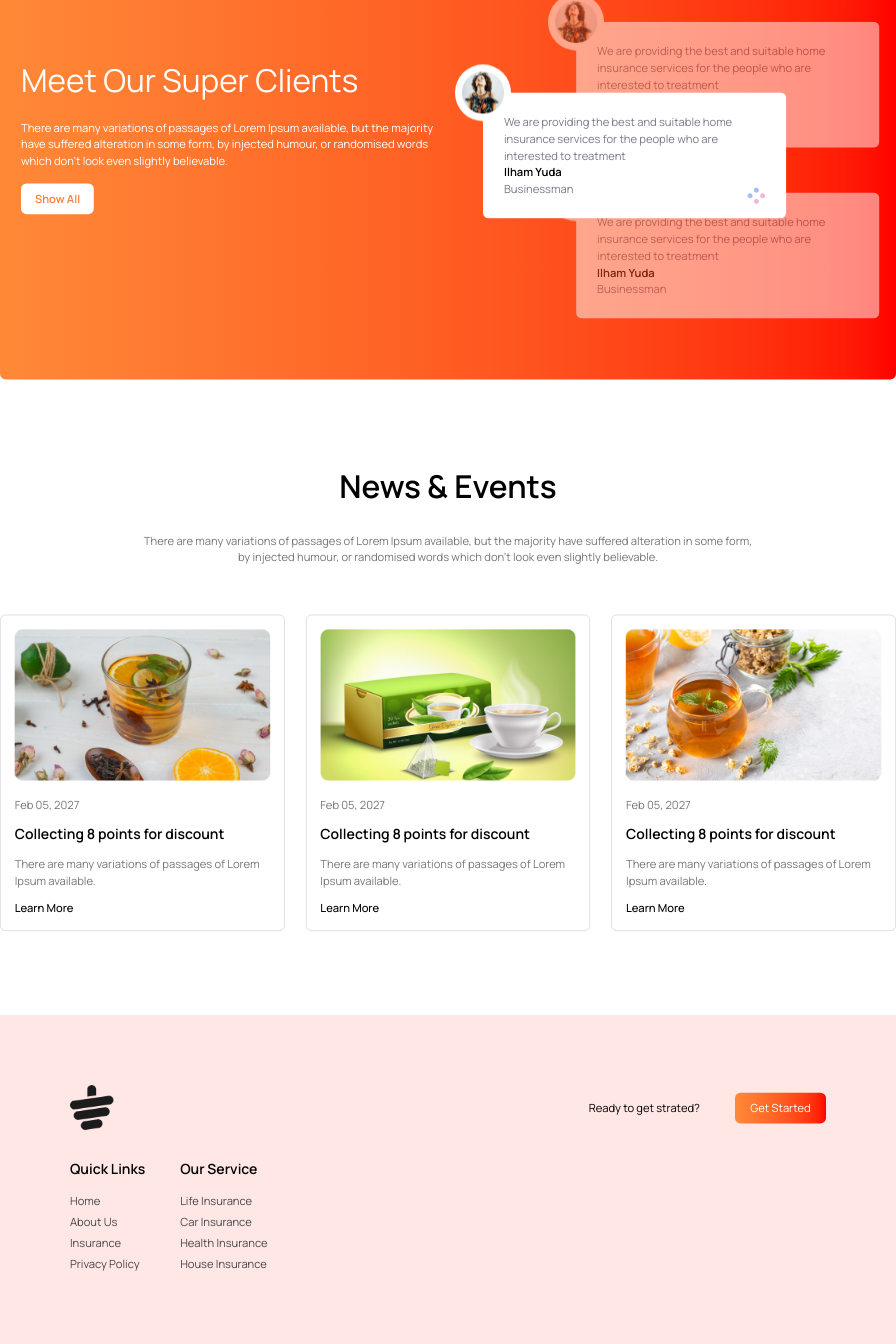
Repository: nahid-hasann/website-9
Page: index.html
These files come from the project's save history. The page is drawn as it stood at one moment and after the next save; the edit follows.
The browser window is 1280 px wide. The pictures show the part of the page from y = 2160 to 4080 px (the page is 4080 px tall), at 70% of full size.
Some web libraries are served in a nearby version.

Above is the page before, as saved 2025-08-17 21:35:03.

### index.html
<!DOCTYPE html>
<html lang="en">
<head>
    <meta charset="UTF-8">
    <meta name="viewport" content="width=device-width, initial-scale=1.0">
    <title>Tea House</title>
    <script src="https://cdn.jsdelivr.net/npm/@tailwindcss/browser@4"></script>
    <link rel="stylesheet" href="style.css">
    <link rel="stylesheet" href="https://cdnjs.cloudflare.com/ajax/libs/font-awesome/7.0.0/css/all.min.css" integrity="sha512-DxV+EoADOkOygM4IR9yXP8Sb2qwgidEmeqAEmDKIOfPRQZOWbXCzLC6vjbZyy0vPisbH2SyW27+ddLVCN+OMzQ==" crossorigin="anonymous" referrerpolicy="no-referrer" />

</head>
<body class="manrope-font">

<section class="banner-main-section max-w-[1300px]  flex flex-col md:flex-row  mx-auto  justify-between items-center">
    <div class="left-div">
        <h1 class="md:text-[80px] font-semibold text-[40px]">It's good <br> tea time at The <br> Tea House</h1>
        <p class="text-[18px] text-[#777777]">Tea and Botanical Solutions Supplier Give Optimum <br> Satisfaction To Your Taste Buds.</p>
        <button class="bg-[#ff2710] text-[#fff3f1] btn-1 bg-gradient-to-r from-[#FF8938] to-[#FF0000]">Explor More <i class="fa-solid fa-arrow-right -rotate-45"></i> </button>
    </div>
    <div class="right-div relative">
        <img src="images/banner.png" alt="">
        <div class="ratting bg-[#ffffff] shadow-2xl flex gap-2 items-center w-[230px] justify-center py-[15px] absolute bottom-[25px] left-[110px] rounded-[8px]">
              <div>
                <i class="fa-solid fa-star text-yellow-500 text-[23px]"></i>
              </div>
              <div>
                <h1 class="font-bold text-[23px]">5.00</h1>
                <p class="text-[#777777]">Trust Pilot Ratings</p>
              </div>
        </div>
    </div>
</section>

<section class="featured-section max-w-[1300px]  mx-auto my-[120px]">
     <div class="futured-text">
         <h1 class="md:text-[45px] text-[30px] font-semibold text-center">Our Featured Products</h1>
         <p class="text-[16px] text-[#777777] text-center my-[20px] md:w-[900px] mx-auto">There are many variations of passages of Lorem Ipsum available, but the majority have suffered alteration in some form, by injected humour, or randomised words which don't look even slightly believable. </p>
     </div>
     <div class="product-card flex flex-col md:flex-row gap-[30px] justify-center items-center ">
        <div class="card">
             <img src="images/tea-1.png" alt="">
             <h1>Milk Tea</h1>
             <p>Creamer could be replaced by fresh milk</p>
        </div>
        <div class="card">
             <img src="images/tea-2.png" alt="">
             <h1>Black Tea</h1>
             <p>Creamer could be replaced by fresh milk</p>
        </div>
        <div class="card">
             <img src="images/tea-3.png" alt="">
             <h1>Lemon Tea</h1>
             <p>Creamer could be replaced by fresh milk</p>
        </div>
        <div class="card">
             <img src="images/tea-4.png" alt="">
             <h1>Green Tea</h1>
             <p>Creamer could be replaced by fresh milk</p>
        </div>
     </div>
</section>

<section class="great-tea-section max-w-[1300px] mx-auto mb-[120px]">
    <div class="great-tea-main-section flex flex-col justify-center items-center md:flex-row gap-[50px]">
        <div class="div-left grid grid-cols-1 md:grid-cols-2  grid-rows-3 gap-[50px] max-w-[50%] ">
             <div class="grid-layout  bg-gradient-to-r from-[#ffe7e6] to-[#fff3eb] rounded-lg"></div>
             <div class="grid-layout row-span-2 bg-[#eef1eb] p-5 flex justify-center items-center rounded-lg">
                <img src="images/fresh-2.png" alt=""></div>
             <div class="grid-layout row-span-2 bg-[#fcf6e9] p-5 flex justify-center items-center rounded-lg" >
                <img src="images/fresh-1.png" alt=""></div>
             <div class="grid-layout bg-gradient-to-r from-[#D9D9D9] to-[#FFFFFF] rounded-lg"></div>
        </div>
        <div class="div-right max-w-[50%]">
           <h1 class="text-[45px] font-semibold text-center md:text-left">Great Tea, Freshly <br> Presented</h1>
           <p class="text-[16px] text-[#777777] my-[17px] text-center md:text-left">The meaning of gong cha is chanese is to provide the best tea to emperor from all possessions . It represents the highest quality and self expectation. Establishing in 2006, Gong cha had been deeply appreciated by its custoers  because of good words of mouth and unique customized service orginated from Taiwan.</p>
           <h4 class="text-[20px ] font-semibold mb-[14px] text-center md:text-left">Unique Taste</h4>
           <p class="mb-[17px] text-[#777777] text-center md:text-left">A Unique and different style from other teapots gives a <br> luxurious and minimalist impression</p>
           <h4 class="text-[20px ] font-semibold mb-[14px] text-center md:text-left">Premium Quality</h4>
           <p class="text-[#777777] text-center md:text-left">Premium Quality that makes tea more elegant and more <br> durable when you use it.</p>
        </div>
    </div>
</section>

<section class="review-section max-w-[1300px] bg-gradient-to-r from-[#FF8938] to-[#FF0000] mx-auto p-[30px] rounded-lg mb-[120px]  md:max-h-[650px] h-[1000px]">
     <div class="review-section-main-div grid grid-cols-1 md:grid-cols-2 ">
        <div class="left-review-text md:my-[160px] my-[20px]">
         <h1 class=" text-[45px] text-white md:text-left text-center">Meet Our Super Clients</h1>
         <p class="text-[16px] text-white my-[30px] md:my-[20px] md:text-left text-center">There are many variations of passages of Lorem Ipsum available, but the majority have suffered alteration in some form, by injected humour, or randomised words which don't look even slightly believable. </p>
         <button class="btn-2 bg-white text-[#ff7d33] py-[10px] px-[20px] rounded-lg font-semibold md:ml-0 ml-[155px]"> Show All </button>
        </div>
        <div class="right-review-card relative grid items-center justify-center">
            <div class="review-card bg-white p-[30px] top-[210px]  left-[50px] md:max-w-[433px]  w-[70vw] absolute grid justify-center items-center rounded-lg z-999">
                <p class="text-[#7c798a]">We are providing the best and suitable home insurance services for the people who are interested to treatment</p>
            <h4 class="font-semibold">Ilham Yuda</h4>
            <p class="text-[#7c798a]">Businessman</p>
            <div class="review-img absolute -top-[40px] -left-[40px] bg-white p-[10px] rounded-[50%]">
                <img src="images/client.png" alt="">
            </div>
            <img src="images/circles.png" class="absolute right-[30px] bottom-[20px]" alt="">
            </div>
            <div class="review-card bg-white p-[30px] md:max-w-[433px] w-[70vw]  absolute grid justify-center items-center rounded-lg md:top-[20%] md:left-[30%] opacity-[0.5] top-[-40px] left-[100px]">
                <p class="text-[#7c798a]">We are providing the best and suitable home insurance services for the people who are interested to treatment</p>
            <h4 class="font-semibold">Ilham Yuda</h4>
            <p class="text-[#7c798a]">Businessman</p>
            <div class="review-img absolute -top-[40px] -left-[40px] bg-white p-[10px] rounded-[50%]">
                <img src="images/client.png" alt="">
            </div>
            </div>
            <div class="review-card bg-white p-[30px] md:max-w-[433px] w-[70vw]  absolute grid justify-center items-center rounded-lg md:top-[65%] md:left-[30%] opacity-[0.5] top-[310px] left-[100px]">
                <p class="text-[#7c798a]">We are providing the best and suitable home insurance services for the people who are interested to treatment</p>
            <h4 class="font-semibold">Ilham Yuda</h4>
            <p class="text-[#7c798a]">Businessman</p>
            <div class="review-img absolute -top-[40px] -left-[40px] bg-white p-[10px] rounded-[50%]">
                <img src="images/client.png" alt="">
            </div>
            </div>
        </div>
     </div>
</section>

<section class="new-events-section mb-[120px] max-w-[1300px] mx-auto">
    <h1 class="md:text-[45px] text-[30px] text-center font-semibold">News & Events</h1>
    <p class="text-[#777777] text-center mt-[30px] mb-[70px] ">There are many variations of passages of Lorem Ipsum available, but the majority have suffered alteration in some form, <br> by injected humour, or randomised words which don't look even slightly believable. </p>
    <div class="new-events-card grid grid-cols-1 md:grid-cols-3 gap-[30px] justify-center items-center md:p-0 p-[20px]">
        <div class="cards bg-[#ffffff] border border-[#D2D2D2] p-[20px]  rounded-lg">
            <img src="images/news-2.png" class="w-full" alt="">
            <p class="text-[#777777] mt-[22px]">Feb 05, 2027</p>
            <h1 class="text-[20px] font-semibold my-[15px]">Collecting 8 points for discount</h1>
            <p class="mb-[15px] text-[#777777]">There are many variations of passages of Lorem Ipsum available.</p>
            <p class="font-medium">Learn More</p>
        </div>
          <div class="cards bg-[#ffffff] border border-[#D2D2D2] p-[20px] grid grid-cols-1  justify-center items-center rounded-lg ">
            <img src="images/news-1.png" class="w-full" alt="">
            <p class="text-[#777777] mt-[22px]">Feb 05, 2027</p>
            <h1 class="text-[20px] font-semibold my-[15px]">Collecting 8 points for discount</h1>
            <p class="mb-[15px] text-[#777777]">There are many variations of passages of Lorem Ipsum available.</p>
            <p class="font-medium">Learn More</p>
        </div>
         <div class="cards bg-[#ffffff] border border-[#D2D2D2] p-[20px] grid grid-cols-1  justify-center items-center rounded-lg ">
            <img src="images/news-3.png" class="w-full" alt="">
            <p class="text-[#777777] mt-[22px]">Feb 05, 2027</p>
            <h1 class="text-[20px] font-semibold my-[15px]">Collecting 8 points for discount</h1>
            <p class="mb-[15px] text-[#777777]">There are many variations of passages of Lorem Ipsum available.</p>
            <p class="font-medium">Learn More</p>
        </div>
    </div>
</section>

<footer class="bg-[#ffe7e6] p-[100px]">
    <div class="footer-1 flex flex-col md:flex-row justify-between items-center w-[100%] md:max-w-[1200px] md:mx-auto">
       <img src="images/cup.png" class="w-[62px] mb-[30px] md:mb-0" alt="">
        <div class="footer-right-text flex flex-col md:flex-row items-center justify-center gap-4 md:gap-[50px]">
            <p>Ready to get strated?</p>
            <button class="btn-3 bg-gradient-to-r from-[#FF8938] to-[#FF0000] py-[10px] px-[22px] rounded-lg text-white">Get Started</button>
        </div>
    </div>
    <div class="footer-2  w-[100%] md:max-w-[1200px] md:mx-auto flex flex-col md:flex-row gap-[50px]">
        <div class="footer-text-1 mt-[40px]">
            <h5 class="font-semibold text-[20px]">Quick Links</h5>
            <ul>
                <li>Home</li>
                <li>About Us</li>
                <li>Insurance</li>
                <li>Privacy Policy</li>
            </ul>
        </div>
        <div class="footer-text-1 mt-[40px]">
            <h5 class="font-semibold text-[20px]">Our Service</h5>
            <ul>
                <li>Life Insurance</li>
                <li>Car Insurance</li>
                <li>Health Insurance</li>
                <li>House Insurance</li>
            </ul>
        </div>

    </div>
</footer>





<script>
  if ('scrollRestoration' in history) {
    history.scrollRestoration = 'manual';
  }
  window.addEventListener('beforeunload', () => {
    localStorage.setItem('scrollX', String(window.scrollX));
    localStorage.setItem('scrollY', String(window.scrollY));
  });
  window.addEventListener('load', () => {
    const x = Number(localStorage.getItem('scrollX') || 0);
    const y = Number(localStorage.getItem('scrollY') || 0);
    window.scrollTo(x, y);
  });
</script>
</body>
</html>

### style.css
@import url('https://fonts.googleapis.com/css2?family=Manrope:wght@200..800&display=swap');


.manrope-font{
    font-family: "Manrope", sans-serif;
}

.banner-main-section{
    margin: 120px auto;
}

.left-div p{
    margin: 30px 0;
}

.btn-1{
    padding: 10px 22px;
    border-radius: 7px;
}

.card{
    background-color: #f8f8f8;
    display: flex;
    flex-direction: column;
    justify-content: center;
    align-items: center;
    padding: 20px 20px;
    border-radius: 7px;
    margin-top: 50px;
}

.card h1{
    font-size: 25px;
    font-weight: 600;
    margin-top: 14px;
}

.card p{
    font-size: 16px;
    color: #777777;
    text-align: center;
}


.footer-2 ul{
    margin-top: 15px;
    line-height: 30px;
}
.footer-2 ul li{
     font-size: 16px;
     color: #494949;
}

After the next save:
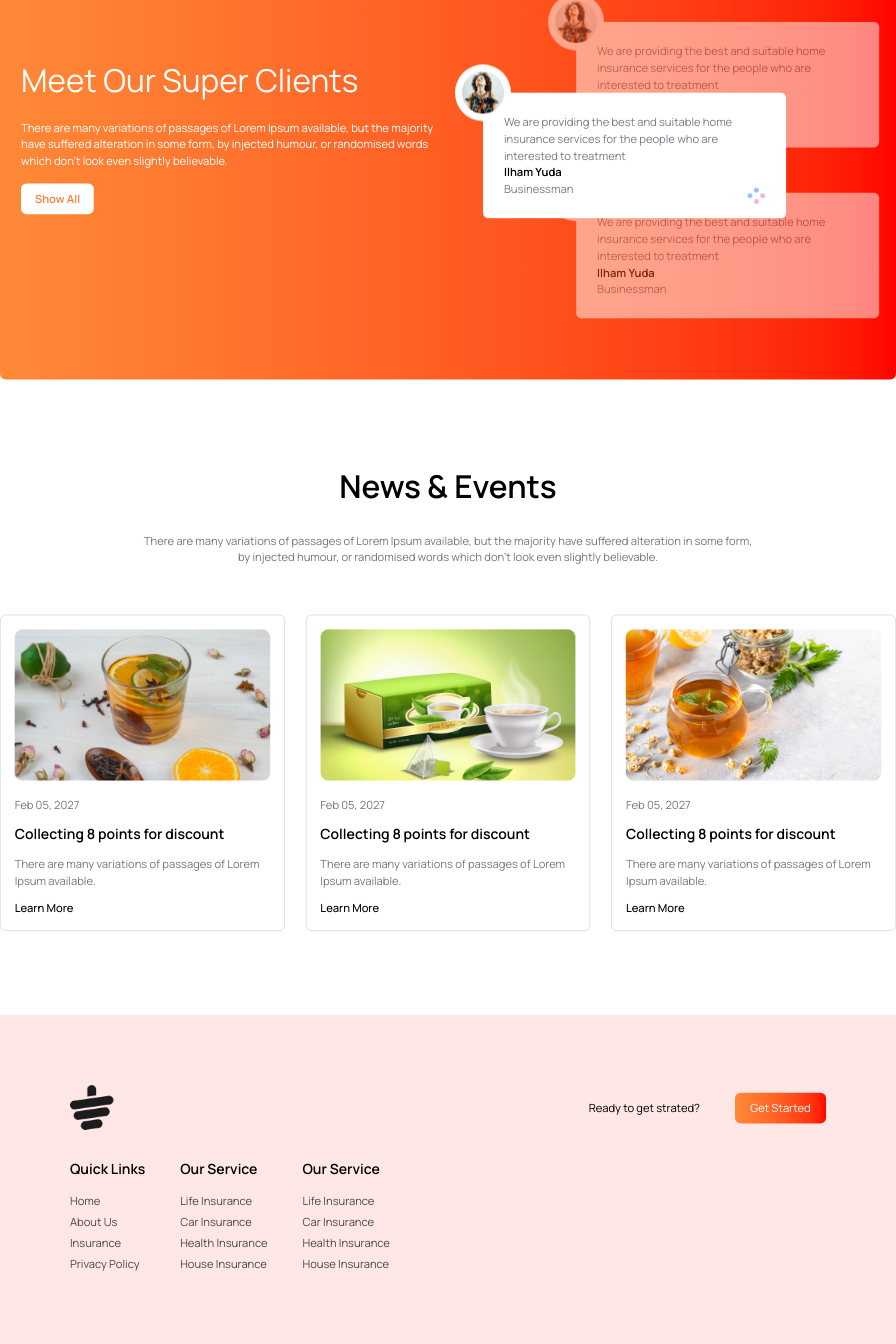
Saved 45 s later.
--- a/index.html
+++ b/index.html
@@ -165,6 +165,15 @@
             </ul>
         </div>
         <div class="footer-text-1 mt-[40px]">
+            <h5 class="font-semibold text-[20px]">Our Service</h5>
+            <ul>
+                <li>Life Insurance</li>
+                <li>Car Insurance</li>
+                <li>Health Insurance</li>
+                <li>House Insurance</li>
+            </ul>
+        </div>
+         <div class="footer-text-1 mt-[40px]">
             <h5 class="font-semibold text-[20px]">Our Service</h5>
             <ul>
                 <li>Life Insurance</li>
